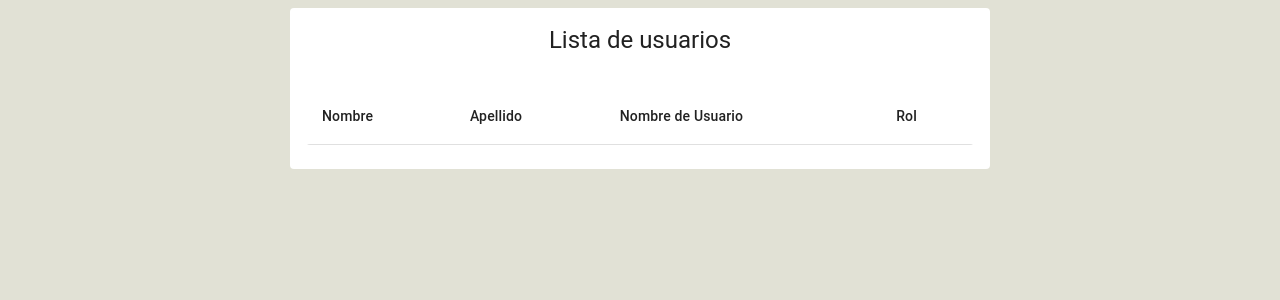
Repository: Mpablom/usuarioCaC-integrador-final-front
Page: /usuarios
An editor plug-in stored every save of this project. The page is shown before and after the next save, followed by the edit.
The browser window is 1280 px wide. The pictures show the whole page.
The page's requests for data from a server got no answer. The project was rebuilt for these pictures with package versions that can differ from the ones it lists, and the page was loaded fresh each time. No one was signed in, and anything a server would have sent is missing. Also part of the build but not shown: vite.config.ts, src/components/Login.tsx.

Above is the page before, as saved 2024-07-10 23:43:23.

After the next save:
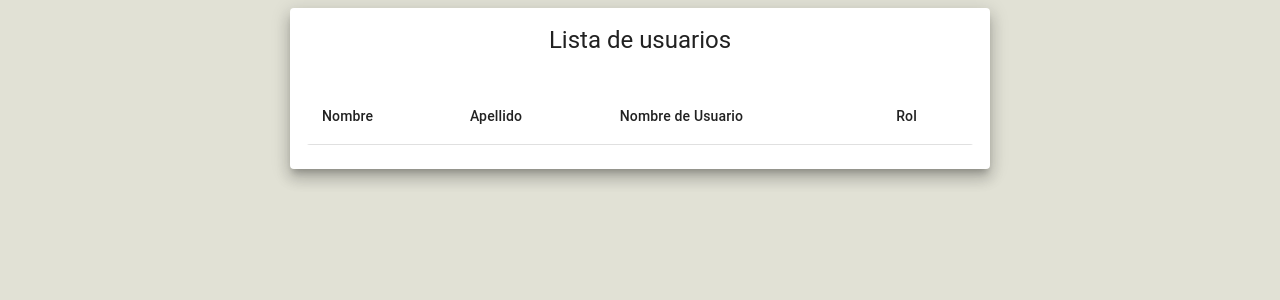
Saved 10 s later.
--- a/src/components/UsuariosTable.tsx
+++ b/src/components/UsuariosTable.tsx
@@ -31,7 +31,7 @@ const UsuariosTable: React.FC = () => {
   }, []);
 
   return (
-    <Card sx={{ maxWidth: 700, margin: "auto", boxShadow:'none' }}>
+    <Card sx={{ maxWidth: 700, margin: "auto", boxShadow:'10' }}>
       <CardHeader
         title="Lista de usuarios"
         sx={{ textAlign: "center" }}
